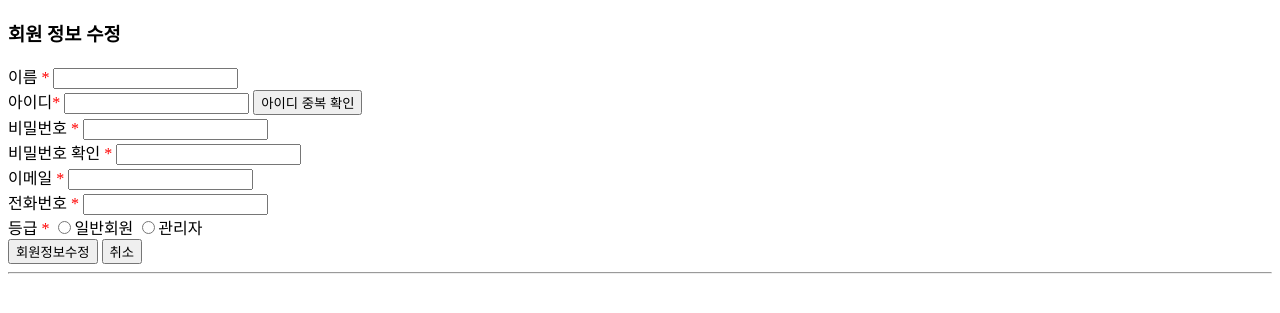
Repository: angwanghyeon/eclipse
Page: http://localhost/sec09/member/memberUpdate.jsp
These files come from the project's save history. The page is drawn as it stood at one moment and after the next save; the edit follows.
The browser window is 1280 px wide. The pictures show the whole page.
The page is served by Tomcat 9.

Above is the page before, as saved 2023-09-05 01:18:04.

After the next save:
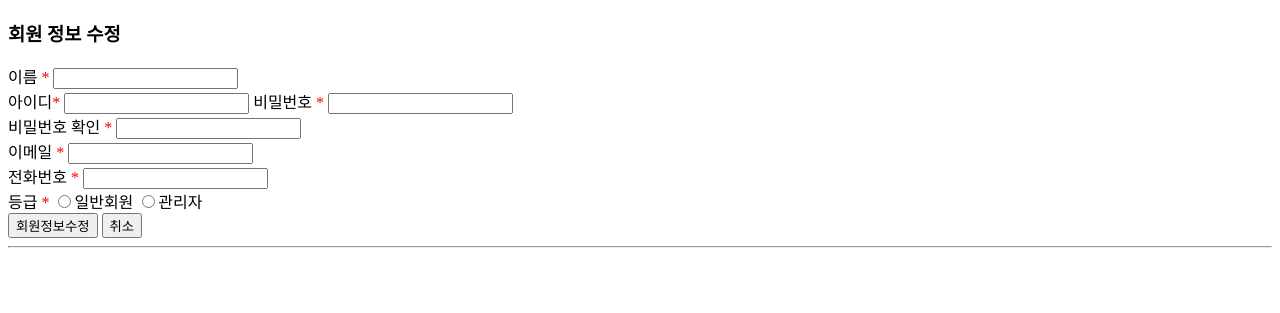
Saved 83 s later.
--- a/sec09/src/main/webapp/member/memberUpdate.jsp
+++ b/sec09/src/main/webapp/member/memberUpdate.jsp
@@ -18,8 +18,6 @@
 		<label for="userid">아이디</label><span style="color:red;" >*</span>
 		<input type="text" id="userid" name="userid"
 		required="required" size="20" value="${loginUser.userid}">
-		<input type="hidden" name="reid" id="reid" size="20">
-		<input type="button" value="아이디 중복 확인" onclick="idCheck()"><br>
 
 		<label for="pwd">비밀번호</label><span style="color:red;" > * </span>
 		<input type="password" id="pwd" name="pwd" required="required"
